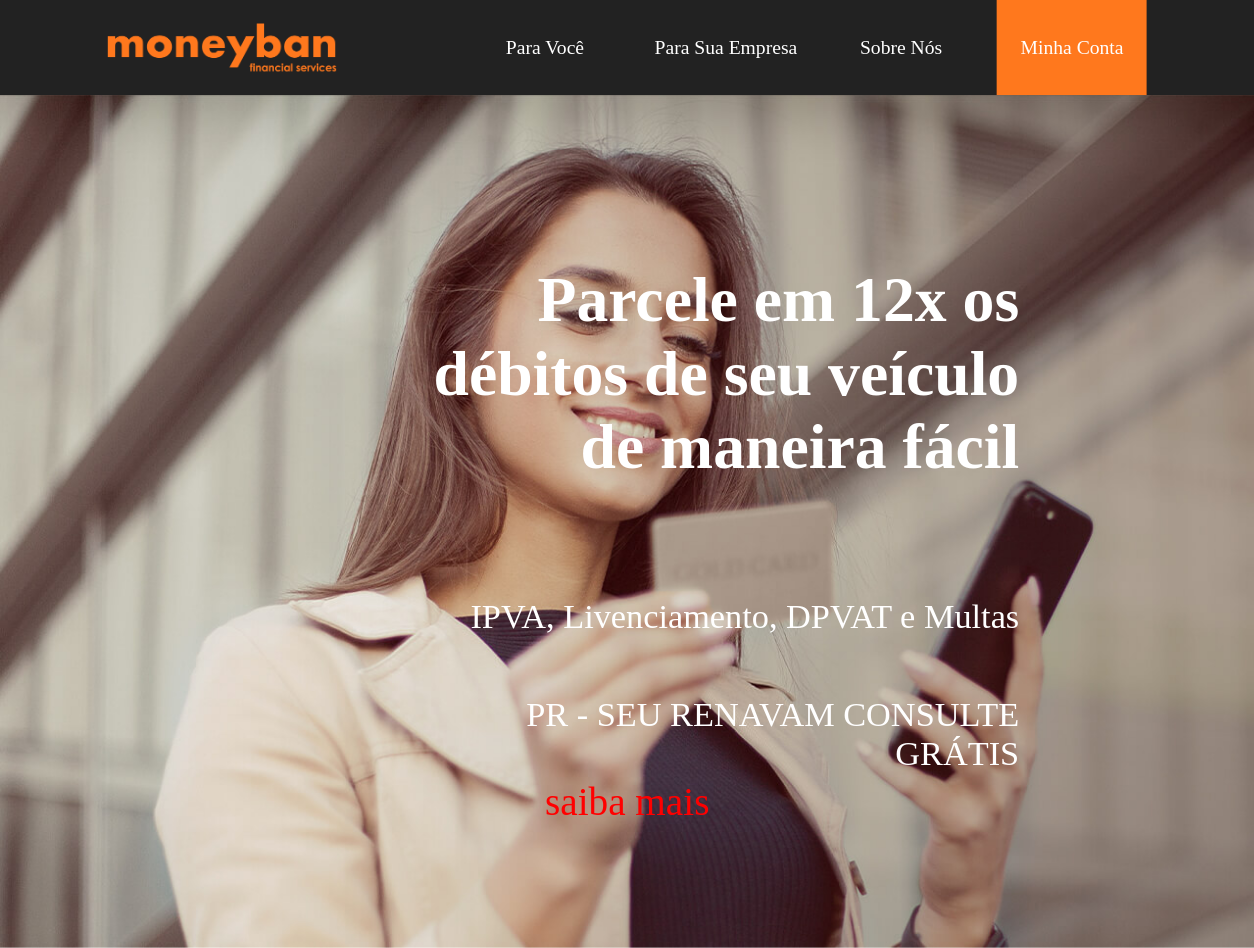
Repository: IvanCardoso91/moneyban
Page: index.html
These files come from the project's save history. The page is drawn as it stood at one moment and after the next save; the edit follows.
The browser window is 1280 px wide. The pictures show the whole page, at 98% of full size.
Some icons come from a web library that is not loaded, so they are not drawn. Some web fonts or font styles are not loaded; a fallback is used.

Above is the page before, as saved 2020-12-15 14:42:20.

### index.html
<!DOCTYPE html>
<html lang="en">

<head>
    <meta charset="UTF-8">
    <meta name="viewport" content="width=device-width, initial-scale=1.0">
    <link rel="stylesheet" href="./style/main-style.css" type="text/css">
    <link href="/Repositorios/site-moneyban/assets/fontawesome-free/css/all.css" rel="stylesheet">
    <title>Moneyban</title>
    <div class="menu-box">
        <div class="site-title">
            <img src="./assets/img/moneyban 3.png" alt="moneyban" width="233" height="49" />
        </div>
        <div class="menu-options">
            <div style="height: 100%; display: flex;align-items: center;">
                <button onclick="myFunction('personal')" class="menu-options-btn menu-options-text">Para Você <i class="fas fa-chevron-down"></i></button>
                <div style="position: absolute; margin-top: 335px;">
                    <div id="myDropdown" class="dropdown-content">
                        <a>Detran Parcelado</a>
                        <a>Credito Pessoal <span>(em breve)</span></a>
                        <a>Conta Digital <span>(em breve)</span></a>
                        <a>Cartão Internacional <span>(em breve)</span></a>
                        <a>Seguro de Celular <span>(em breve)</span></a>
                    </div>
                </div>
            </div>
            <div style="height: 100%; display: flex;align-items: center;">
                <button onclick="myFunction('enterprise')" class="menu-options-btn menu-options-text">Para Sua Empresa <i class="fas fa-chevron-down"></i></button>
                <div style="position: absolute; margin-top: 295px;">
                    <div id="enterpriseDropdown" class="dropdown-content" style="margin-left: 18px;">
                        <a>Detran Parcelado Frota</a>
                        <a>Capital de Giro <span>(em breve)</span></a>
                        <a>Conta Digital <span>(em breve)</span></a>
                        <a>Cartão Internacional <span>(em breve)</span></a>
                    </div>
                </div>
            </div>
            <div style="height: 100%; display: flex;align-items: center;">
                <span class="menu-options-text"><a>Sobre Nós</a></span>
            </div>
            <div class="menu-options-my-account"><a>Minha Conta</a></div>
        </div>
    </div>
</head>

<body>
    <div class="box-img1">
        <div class="right-side-box">
            <span class="right-side-text">Parcele <span> em 12x </span> os débitos de seu veículo de maneira fácil</span>
        </div>
        <div class="right-side-box2">
            <span class="right-side-text2">IPVA, Livenciamento, DPVAT e Multas</span>
        </div>
        <div class="right-side-box3">
            <span class="right-side-text2">PR - SEU RENAVAM CONSULTE GRÁTIS</span>
        </div>
        <div class="center-know-more">
            saiba mais
        </div>
    </div>





    <script type="text/javascript" src="./script/main-index.js"></script>
</body>

</html>

### style/main-style.css
@font-face {
    font-family: 'Century Gothic';
    src: url('/Repositorios/site-moneyban/assets/fonts/Century_Gothic.ttf')
}

body {
    margin: 0px;
}

a {
    cursor: pointer;
}


/* MENU HEADER */

.menu-box {
    background-color: #222222;
    width: 100%;
    display: flex;
    flex-direction: row;
    justify-content: space-evenly;
    height: 97px;
}

.site-title {
    display: flex;
    align-items: center;
}

.title-text {
    color: #FF781D;
    font-family: 'Century Gothic';
    font-weight: bold;
}

.subtitle-text {
    color: #FF781D;
    font-family: 'Century Gothic';
}

.menu-options {
    display: flex;
    align-items: center;
    justify-content: flex-end;
}

.menu-options-text {
    color: #FFFFFF;
    font-size: 20px;
    font-family: 'Century Gothic';
    margin-left: 56px;
    background-color: #0000;
    border-color: #0000;
    cursor: pointer;
}

.menu-options-text:focus {
    outline: 0;
}

.menu-options-my-account {
    background-color: #FF781D;
    color: #FFFFFF;
    font-size: 20px;
    font-family: 'Century Gothic';
    margin-left: 56px;
    height: 100%;
    display: flex;
    align-items: center;
    padding: 0px 24px;
}

.fa-chevron-down {
    color: #FF781D;
    pointer-events: none;
}


/* FIM DO MENU HEADER */


/* DROPDOWN */

.dropdown {
    position: relative;
    display: inline-block;
}

.dropdown-content {
    display: none;
    font-size: 14px;
    font-family: 'Century Gothic';
    background-color: #222222B3;
    cursor: pointer;
    opacity: 1;
    border: 2px solid transparent;
    border-top-color: #FF781D;
    transition: all 2s ease-in-out;
}

.dropdown-content a {
    color: #FFFFFF !important
}

.dropdown-content span {
    color: #FF781D !important;
    font-size: 10px
}

.dropdown-content a {
    color: black;
    padding: 12px 16px;
    text-decoration: none;
    display: block;
}

.dropdown a:hover {
    background-color: #ddd;
}

.show {
    display: flex;
    flex-direction: column;
    align-content: flex-start;
    width: 292px;
    padding: 15px;
}


/* FIM DO DROPDOWN */

.box-img1 {
    display: flex;
    flex-direction: column;
    align-items: flex-end;
    height: 870px;
    background-image: url('/Repositorios/site-moneyban/assets/img/bg-home-parcelar-documentos-carro-moto.jpg');
}

.right-side-box {
    margin-top: 172px;
    margin-right: 240px;
    width: 608px;
    height: 321px;
    text-align: right;
}

.right-side-box2 {
    padding: 20px 0px;
    margin-right: 240px;
    width: 608px;
    height: 80px;
    text-align: right;
}

.right-side-box3 {
    margin-right: 240px;
    width: 608px;
    height: 85px;
    text-align: right;
}

.right-side-text {
    font-size: 65px;
    font-family: 'Century Gothic';
    font-weight: bold;
    color: #FFFFFF;
}

.right-side-text2 {
    font-size: 35px;
    font-family: 'Century Gothic';
    font-weight: normal;
    color: #FFFFFF;
}

.center-know-more {
    align-self: center;
    font-size: 40px;
    color: red;
    height: 17%;
}

### script/main-index.js
function myFunction(option) {
    if (option === 'personal') {
        document.getElementById("myDropdown").classList.toggle("show");
        document.getElementById("enterpriseDropdown").classList.remove("show")
    } else {
        document.getElementById("enterpriseDropdown").classList.toggle("show");
        document.getElementById("myDropdown").classList.remove("show");
    }

}

// Close the dropdown if the user clicks outside of it
window.onclick = function(event) {
    if (!event.target.matches('.menu-options-btn')) {
        var dropdowns = document.getElementsByClassName("dropdown-content");
        var i;
        for (i = 0; i < dropdowns.length; i++) {
            var openDropdown = dropdowns[i];
            if (openDropdown.classList.contains('show')) {
                openDropdown.classList.remove('show');
            }
        }
    }
}

// NAO ESQUECER DE ADICIONAR O MÉTODO POST
{
    /* <form method="post" action="https://consulta.moneyban.com.br/licenciamento.php" name="form">
    	<input type="text" placeholder="Nome Completo" name="cnome">
    	<input type="email" placeholder="E-mail" name="cemail">
    	<input type="tel" placeholder="Telefone" name="cphone">
    	<input type="text" placeholder="Renavam" id="renavam" name="crenavam" maxlength="11">
    	<input type="hidden" name="cparceiro" value="">
    	<input type="hidden" name="cuf" value="PR">
    	<button type="submit" >Consultar Grátis</button>
    </form> */
}

After the next save:
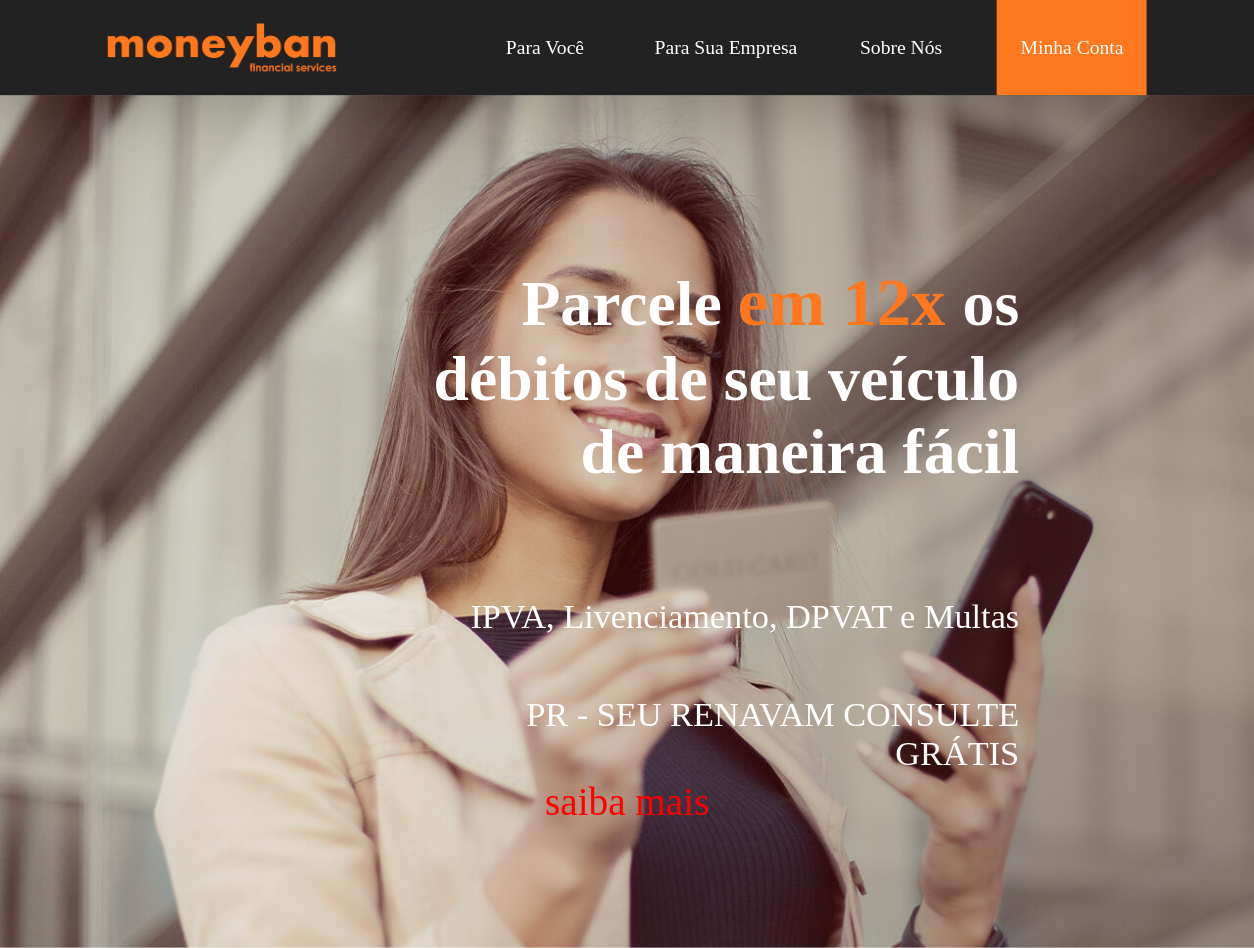
Saved 61 s later.
--- a/index.html
+++ b/index.html
@@ -46,7 +46,7 @@
 <body>
     <div class="box-img1">
         <div class="right-side-box">
-            <span class="right-side-text">Parcele <span> em 12x </span> os débitos de seu veículo de maneira fácil</span>
+            <span class="right-side-text">Parcele <span style="color: #FF781D !important; font-size: 70px; font-weight: bold"> em 12x </span> os débitos de seu veículo de maneira fácil</span>
         </div>
         <div class="right-side-box2">
             <span class="right-side-text2">IPVA, Livenciamento, DPVAT e Multas</span>
